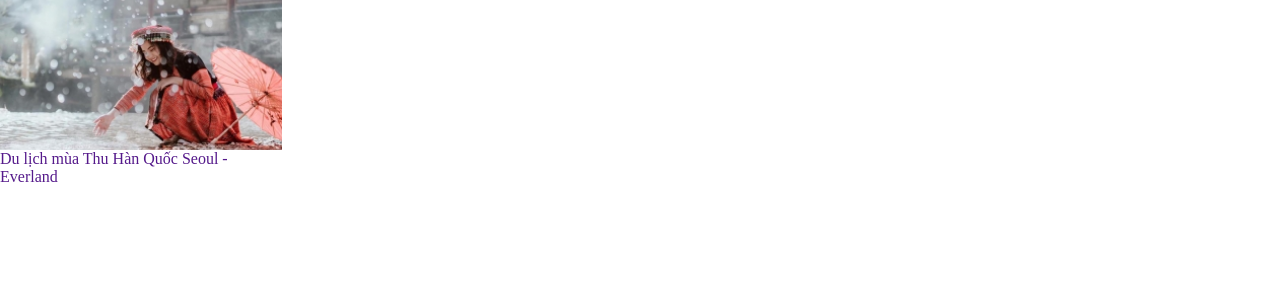
Repository: hoang71299/fe_26
Page: buoi 6/2.html
An editor plug-in stored every save of this project. The page is shown before and after the next save, followed by the edit.
The browser window is 1280 px wide. The pictures show the whole page.

Above is the page before, as saved 2022-08-30 15:23:04.

After the next save:
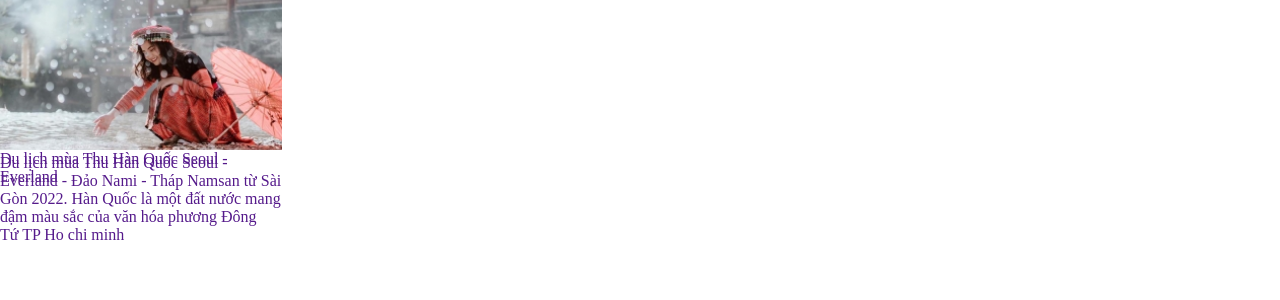
Saved 10 s later.
--- a/buoi 6/2.css
+++ b/buoi 6/2.css
@@ -17,10 +17,7 @@ product{
 .box{
     width: 22%;
     height: auto;
-    margin: 1%
-
-
-
+}
 a.top{
     width: 100%;
     display: inline-block;
@@ -29,8 +26,7 @@ a.top{
 .top .content{
     width: 100%;
     height: 150px;
-    position: relative;
-    overflow: hidden;
+
 }
 a.top .content .hinhsp{
     width: 100%;
